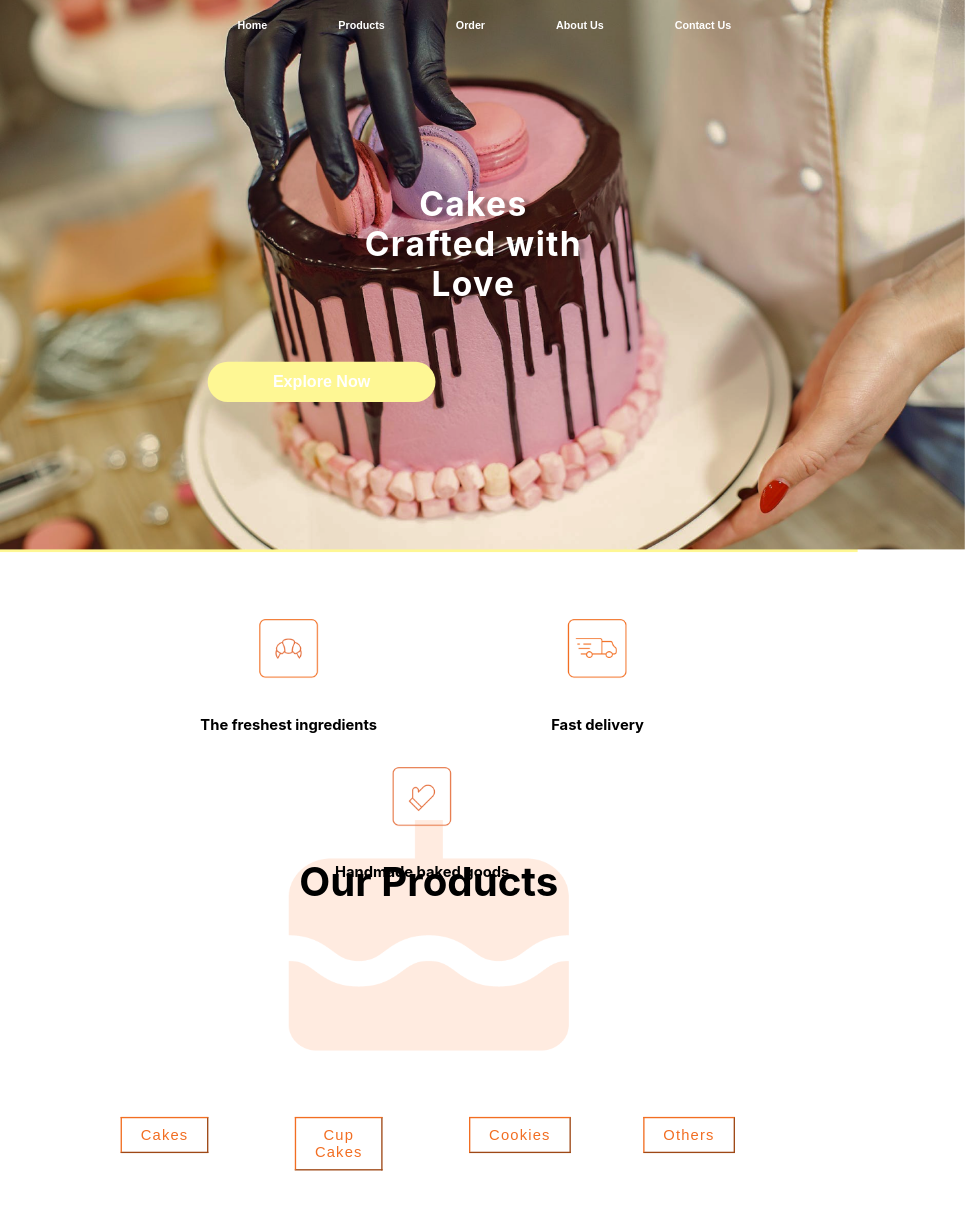
Repository: MEROO1010/cake-box
Page: /
The author's editor kept a copy of each file at every save. The page is drawn from the files as they stood at one save, then again after the next save.
The browser window is 1280 px wide. The page is 1440 px wide, so the pictures cover 1440 px, including what lies to the right of the window. The pictures show the whole page, at 67% of full size.
The project was rebuilt for these pictures with package versions that can differ from the ones it lists, and the page was loaded fresh each time.

Above is the page before, as saved 2023-11-09 13:11:44.

After the next save:
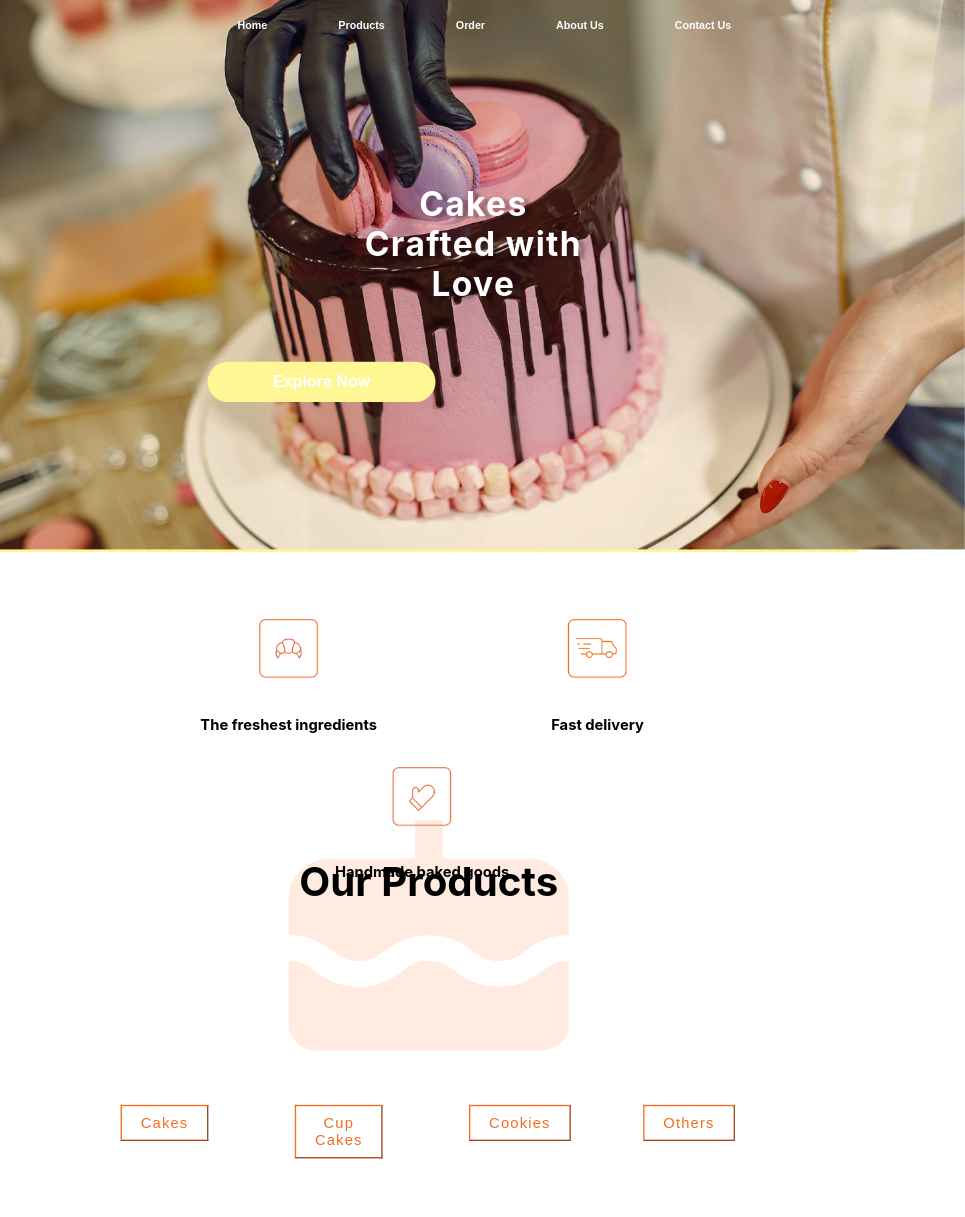
Saved 13 s later.
--- a/src/components/Products.jsx
+++ b/src/components/Products.jsx
@@ -104,6 +104,6 @@
   background-color: white;
   border-color:#F26E22;
   padding: 12px 28px;
-  margin:20px 20px;
+  margin:2px 20px;
   }
 `

After the save that followed:
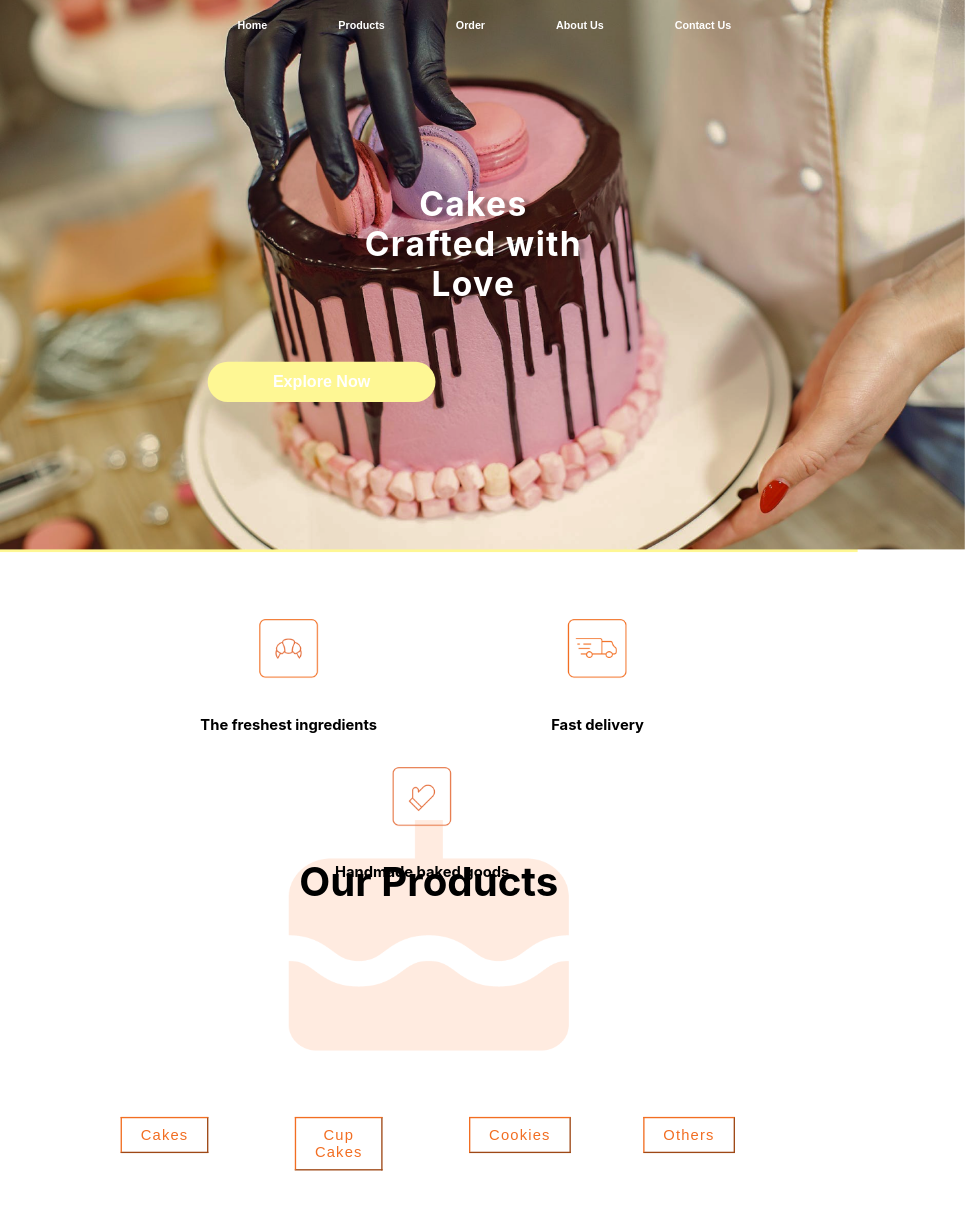
Saved 5 s later.
--- a/src/components/Products.jsx
+++ b/src/components/Products.jsx
@@ -104,6 +104,6 @@
   background-color: white;
   border-color:#F26E22;
   padding: 12px 28px;
-  margin:2px 20px;
+  margin:20px 20px;
   }
 `
